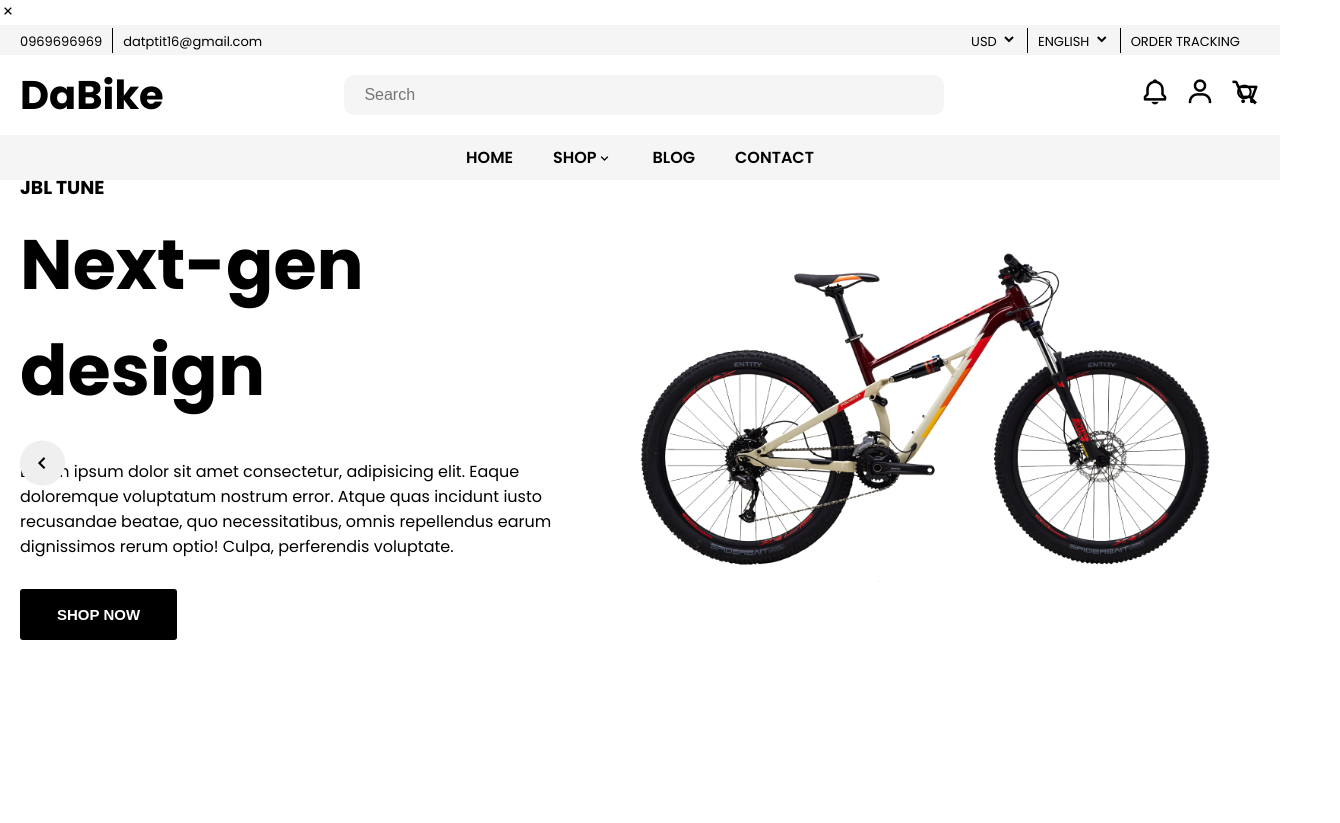
Repository: Datt21/DacMaxx
Page: index.html
These files come from the project's save history. The page is drawn as it stood at one moment and after the next save; the edit follows.
The browser window is 1280 px wide. The page is 1295 px wide, then 1340 px, so the pictures cover 1340 px, including what lies to the right of the window. The pictures show the whole page.

Above is the page before, as saved 2021-07-07 01:20:20.

### index.html
<!DOCTYPE html>
<html lang="en">
<head>
    <meta charset="UTF-8">
    <meta http-equiv="X-UA-Compatible" content="IE=edge">
    <meta name="viewport" content="width=device-width, initial-scale=1.0">
    <title>DaBike</title>
    <!--======== FONTS =========-->
    <link rel="preconnect" href="https://fonts.gstatic.com">
    <link rel="stylesheet" href="https://fonts.googleapis.com/css2?family=Poppins:ital,wght@0,100;0,200;0,300;0,400;0,500;0,600;0,700;0,800;0,900;1,100;1,200;1,300;1,400;1,500;1,600;1,700;1,900&display=swap">

    <!--========= ICONS =========-->
    <link rel="stylesheet" href="./boxicons-2.0.7/css/boxicons.min.css">
    <link href='https://unpkg.com/boxicons@2.0.7/css/boxicons.min.css' rel='stylesheet'>

    <!--========= LINK CSS =========-->
    <link rel="stylesheet" href="./css/grid.css">
    <link rel="stylesheet" href="./css/app.css">
</head>
<body>

    <!--========= HEADER ===========-->
    <header>
        <!-- mobile menu -->
        <div class="mobile-menu bg-second">
            <a href="#" class="mb-logo">DaBike</a>

            <span class="mb-menu-toggle mb-menu-close" id="mb-menu-close">
                <i class='bx bx-menu'></i>
            </span>
        </div>
        <!-- end mobile menu -->
        <!-- main header -->
        <div class="header-wrapper" id="header-wrapper">
            <span class="mb-menu-toggle" id="mb-menu-toggle">
                <i class='bx bx-x'></i>
            </span>
            <!-- top header -->
            <div class="bg-second">
                <div class="top-header container">
                    <ul class="devided">
                        <li>
                            <a href="#">0969696969</a>
                        </li>
                        <li>
                            <a href="#">datptit16@gmail.com</a>
                        </li>
                    </ul>
                    <ul class="devided">
                        <li class="dropdown">
                            <a href="">USD</a>
                            <i class='bx bxs-chevron-down' ></i>
                            <ul class="dropdown-content">
                                <li><a href="">VND</a></li>
                                <li><a href="">JPY</a></li>
                                <li><a href="">EUR</a></li>
                            </ul>
                        </li>
                        <li class="dropdown">
                            <a href="">ENGLISH</a>
                            <i class='bx bxs-chevron-down' ></i>
                            <ul class="dropdown-content">
                                <li><a href="">VIETNAMESE</a></li>
                                <li><a href="">JAPANESE</a></li>
                                <li><a href="">FRENCH</a></li>
                                <li><a href="">SPANISH</a></li>
                            </ul>
                        </li>
                        <li><a href="#">ORDER TRACKING</a></li>
                    </ul>
                </div>
            </div>
            <!-- end top header -->
            <!-- mid header -->
            <div class="bg-main">
                <div class="mid-header container">
                    <a href="#" class="logo">DaBike</a>
                    <div class="search">
                        <input type="text" placeholder="Search">
                        <i class='bx bx-search-alt-2' ></i>
                    </div>
                    <ul class="user-menu">
                        <li><a href=""><i class='bx bx-bell' ></i> </a></li>
                        <li><a href=""><i class='bx bx-user' ></i> </a></li>
                        <li><a href=""><i class='bx bx-cart' ></i> </a></li>
                    </ul>
                </div>
            </div>
            <!-- end mid header -->
            <!-- bottom header -->
            <div class="bg-second">
                <div class="bottom-header container">
                    <ul class="main-menu">
                        <li><a href="">Home</a></li>
                        <!-- mega menu -->
                        <li class="mega-dropdown">
                            <a href="./products.html">Shop <i class='bx bx-chevron-down'></i></a>
                            <div class="mega-content">
                                <div class="row">
                                    <div class="col-3">
                                        <div class="box">
                                            <h3>categories</h3>
                                            <ul>
                                                <li><a href="">Doanhnhan</a></li>
                                                <li><a href="">Diahinh</a></li>
                                                <li><a href="">Thethao</a></li>
                                                <li><a href="">Sinhvien</a></li>
                                            </ul>
                                        </div>
                                    </div>
                                    <div class="col-3">
                                        <div class="box">
                                            <h3>categories</h3>
                                            <ul>
                                                <li><a href="">Doanhnhan</a></li>
                                                <li><a href="">Diahinh</a></li>
                                                <li><a href="">Thethao</a></li>
                                                <li><a href="">Sinhvien</a></li>
                                            </ul>
                                        </div>
                                    </div>
                                    <div class="col-3">
                                        <div class="box">
                                            <h3>categories</h3>
                                            <ul>
                                                <li><a href="">Doanhnhan</a></li>
                                                <li><a href="">Diahinh</a></li>
                                                <li><a href="">Thethao</a></li>
                                                <li><a href="">Sinhvien</a></li>
                                            </ul>
                                        </div>
                                    </div>
                                    <div class="col-3">
                                        <div class="box">
                                            <h3>categories</h3>
                                            <ul>
                                                <li><a href="">Doanhnhan</a></li>
                                                <li><a href="">Diahinh</a></li>
                                                <li><a href="">Thethao</a></li>
                                                <li><a href="">Sinhvien</a></li>
                                            </ul>
                                        </div>
                                    </div>
                                </div>
                                <div class="row img-row">
                                    <div class="col-3">
                                        <div class="box">
                                            <img src="./images/531352.png" alt="">
                                        </div>
                                    </div>
                                    <div class="col-3">
                                        <div class="box">
                                            <img src="./images/6489548.png" alt="">
                                        </div>
                                    </div>
                                    <div class="col-3">
                                        <div class="box">
                                            <img src="./images/MTBROMO_N7_2022.png" alt="">
                                        </div>
                                    </div>
                                    <div class="col-3">
                                        <div class="box">
                                            <img src="./images/b1.png" alt="">
                                        </div>
                                    </div>
                                </div>
                            </div>
                        </li>
                        <!-- end mega menu -->
                        <li><a href="">Blog</a></li>
                        <li><a href="">Contact</a></li>
                    </ul>
                </div>
            </div>
            <!-- end bottom header -->
        </div>
        <!-- end main header -->
    </header>
    <!--========= END HEADER ===========-->
    <!--========= MAIN ================-->
    <div class="hero">
        <div class="slider">
            <div class="container">
                <!-- slide item -->
                <div class="slide active">
                    <div class="info">
                        <div class="info-content">
                            <h3 class="top-down">
                                JBL TUNE
                            </h3>

                            <h2 class="top-down trans-delay-0-2">
                                Next-gen design
                            </h2>

                            <p class="top-down trans-delay-0-4">
                                Lorem ipsum dolor sit amet consectetur, adipisicing elit. Eaque doloremque voluptatum nostrum error. Atque quas incidunt iusto recusandae beatae, quo necessitatibus, omnis repellendus earum dignissimos rerum optio! Culpa, perferendis voluptate.
                            </p>

                            <div class="top-down trans-delay-0-6">
                                <button class="btn-flat btn-hover">
                                    <span>shop now</span>
                                </button>
                            </div>
                        </div>
                    </div>
                    <div class="img top-down">
                        <img src="./images/531352.png" alt="">
                    </div>
                </div>
                <!-- end slide item -->
                <!-- slide item -->
                <div class="slide">
                    <div class="info">
                        <div class="info-content">
                            <h3 class="top-down">
                                JBL Quantum One
                            </h3>

                            <h2 class="top-down trans-delay-0-2">
                                Ipsum dolor sit
                            </h2>

                            <p class="top-down trans-delay-0-4">
                                Lorem ipsum dolor sit amet consectetur, adipisicing elit. Eaque doloremque voluptatum nostrum error. Atque quas incidunt iusto recusandae beatae, quo necessitatibus, omnis repellendus earum dignissimos rerum optio! Culpa, perferendis voluptate.
                            </p>

                            <div class="top-down trans-delay-0-6">
                                <button class="btn-flat btn-hover">
                                    <span>shop now</span>
                                </button>
                            </div>
                        </div>
                    </div>
                    <div class="img right-left">
                        <img src="./images/6489548.png" alt="">
                    </div>
                </div>
                <!-- end slide item -->
                <!-- slide item -->
                <div class="slide">
                    <div class="info">
                        <div class="info-content">
                            <h3 class="top-down">
                                JBL JR 310BT
                            </h3>

                            <h2 class="top-down trans-delay-0-2">
                                Amet Consec
                            </h2>

                            <p class="top-down trans-delay-0-4">
                                Lorem ipsum dolor sit amet consectetur, adipisicing elit. Eaque doloremque voluptatum nostrum error. Atque quas incidunt iusto recusandae beatae, quo necessitatibus, omnis repellendus earum dignissimos rerum optio! Culpa, perferendis voluptate.
                            </p>

                            <div class="top-down trans-delay-0-6">
                                <button class="btn-flat btn-hover">
                                    <span>shop now</span>
                                </button>
                            </div>
                        </div>
                    </div>
                    <div class="img left-right">
                        <img src="./images/b1.png" alt="">
                    </div>
                </div>
                <!-- end slide item -->
            </div>
            <!-- slider controller -->
            <button class="slide-controll slide-next">
                <i class='bx bx-chevron-right'></i>
            </button>
            <button class="slide-controll slide-prev">
                <i class='bx bx-chevron-left'></i>
            </button>
            <!-- end slider controller -->
        </div>
    </div>

    <!--========= END MAIN ================-->

     <!--========= JS ==============-->
    <script src="./js/app.js"></script>
    <script src="./js/index.js"></script>
</body>
</html>

### css/grid.css
.row {
    display: flex;
    flex-wrap: wrap;
    margin: 0 -15px;
}

.row-revere{
    flex-direction: row-reverse;
}

[class*="col-"]{
    padding: 0 15px;
    margin-bottom: 20px;
}

.col-1 {
    width: 8.33%;
}
.col-2 {
    width: 16.66%;
}
.col-3 {
    width: 25%;
}
.col-4 {
    width: 33.33%;
}
.col-5 {
    width: 41.66%;
}
.col-6 {
    width: 50%;
}
.col-7 {
    width: 58.33%;
}
.col-8 {
    width: 66.66%;
}
.col-9 {
    width: 75%;
}
.col-10 {
    width: 83.33%;
}
.col-11 {
    width: 91.66%;
}
.col-12 {
    width: 100%;
}

/* medium screen */
@media only screen and (max-width: 1280px) {
    .col-md-1 {
        width: 8.33%;
    }
    .col-md-2 {
        width: 16.66%;
    }
    .col-md-3 {
        width: 25%;
    }
    .col-md-4 {
        width: 33.33%;
    }
    .col-md-5 {
        width: 41.66%;
    }
    .col-md-6 {
        width: 50%;
    }
    .col-md-7 {
        width: 58.33%;
    }
    .col-md-8 {
        width: 66.66%;
    }
    .col-md-9 {
        width: 75%;
    }
    .col-md-10 {
        width: 83.33%;
    }
    .col-md-11 {
        width: 91.66%;
    }
    .col-md-12 {
        width: 100%;
    }
}

@media only screen and (max-width: 750px) {
    .col-sm-1 {
        width: 8.33%;
    }
    .col-sm-2 {
        width: 16.66%;
    }
    .col-sm-3 {
        width: 25%;
    }
    .col-sm-4 {
        width: 33.33%;
    }
    .col-sm-5 {
        width: 41.66%;
    }
    .col-sm-6 {
        width: 50%;
    }
    .col-sm-7 {
        width: 58.33%;
    }
    .col-sm-8 {
        width: 66.66%;
    }
    .col-sm-9 {
        width: 75%;
    }
    .col-sm-10 {
        width: 83.33%;
    }
    .col-sm-11 {
        width: 91.66%;
    }
    .col-sm-12 {
        width: 100%;
}

### css/app.css
:root {
    --main-bg-color:#fff;
    --second-bg-color:#f5f5f5;
    --third-bg-color:#e3e3e3;
    --grey: #4b4b4b;
    --black: #000;
    --red: #c0392b;
    --top-header-size: 30px;
    --mid-header-size: 80px;
    --bottom-header-size: 45px;
    --btn-bg: #000;
    --btn-border-color: #000;
    --btn-color: #fff;

}

*{
    padding: 0;
    margin: 0;
    box-sizing: border-box;
    -webkit-tap-highlight-color: transparent;
}

body{
    font-family: "Poppins", sans-serif;
    overflow-x: hidden;
    position: relative;
    background-color: var(--main-bg-color);
}

button{
    cursor: pointer;
}

a{
    display: inline-block;
    text-decoration: none;
    color: unset;
}

li{
    list-style-type: none;
}

img{
    max-width: 100%;
}

.container{
    max-width: 1366px;
    margin: auto;
    padding: 0 20px;
    position: relative;
}

.bg-second{
    background-color: var(--second-bg-color);
}

.bg-main{
    background-color: var(--main-bg-color);
}

.text-red{
    color: var(--red);
}

.mobile-menu{
    align-items: center;
    justify-content: space-between;
    padding: 10px 30px;
    display: none;
}
.mb-menu-close{
    display: none;
}

.top-header{
    height: 30px;
    display: flex;
    justify-content: space-between;
    align-items: center;
}

.top-header ul{
    display: flex;
}

.top-header a{
    font-size: 13px;
}

ul.devided > li{
    margin-right: 10px;
    padding-right: 10px;
    border-right: 1px solid;
}

ul.devided > li:last-child{
    border-right: none;
}

/* dropdown */
.dropdown{
    position: relative;
}

.dropdown:hover .dropdown-content{
    top: 100%;
    opacity: 1;
    visibility: visible;
}

.dropdown-content{
    display: flex;
    opacity: 0;
    visibility: hidden;
    position: absolute;
    top: calc(100% + 10px);
    background-color: #fff;
    flex-direction: column;
    box-shadow: rgba(100, 100, 111, 0.2) 0px 7px 29px 0;
    transition: all .4s cubic-bezier(0.77, 0, 0.175, 1);
    z-index: 2;
}
.dropdown-content > li > a{
    padding: 10px;
}

.dropdown-content > li:hover > a {
    color: var(--red);
}
/* end dropdown */

.mid-header{
    display: flex;
    align-items: center;
    justify-content: space-between;
    height: 80px;
    background-color: var(--main-bg-color);
}

.logo{
    font-size: 40px;
    font-weight: 700;
}

.mb-logo{
    font-size: 25px;
    font-weight: 700;
}

.search{
    width: 600px;
    height: 40px;
}

.search input{
    height: 100%;
    width: 100%;
    font-size: 16px;
    outline: 0;
    padding: 0 20px;
    border-radius: 10px;
    border: 0;
    background-color: var(--second-bg-color);
}

.search i{
    position: absolute;
    top: 50%;
    transform: translateY(-50%);
    font-size: 25px;
    right: 20px;
    cursor: pointer;
}

.user-menu{
    display: flex;
}

.user-menu > li > a{
    font-size: 30px;
    margin-left: 15px;
}

.bottom-header{
    display: flex;
    justify-content: space-between;
    align-items: center;
}

.main-menu{
    display: flex;
    height: var(--bottom-header-size);
    margin: auto;
}

.main-menu > li > a {
    display: flex;
    align-items: center;
    margin: 0 20px;
    font-weight: 600;
    height: 100%;
    text-transform: uppercase;
}


.main-menu > li {
    border-bottom: 2px solid transparent;
    border-top: 2px solid transparent;
}

.main-menu > li:hover{
    border-bottom: 2px solid var(--black);
}

/* mega menu */
.mega-content{
    opacity: 0;
    visibility: hidden;
    position: absolute;
    left: 0;
    background-color: var(--main-bg-color);
    width: 100%;
    top: calc(100% + 100px);
    z-index: 2;
    box-shadow: rgba(100, 100, 111, 0.2) 0px 7px 29px 0;
    transition: all 0.4s cubic-bezier(0.77, 0, 0.175, 1);
}


.mega-dropdown:hover .mega-content {
    opacity: 1;
    visibility: visible;
    top: 100%;
}

.mega-content h3{
    margin: 20px 0;
    padding-left: 20px;
}

.mega-content ul{
    display: flex;
    flex-direction: column;
}

.mega-content ul > li > a{
    font-weight: normal;
    border-bottom: 2px dashed #f5f5f5;
    transition: padding-left 0.2s ease-in-out;
    padding: 10px 20px;
}

.mega-content ul > li > a:hover{
    padding-left: 10px;
}
/* end mega menu */
.box{
    padding: 20px;
}

/* Main */
.hero{
   height: calc(
       100vh - (
           var(--top-header-size) + var(--mid-header-size) +
              var(--bottom-header-size)
       )
       );
       padding: 0 20px;
}

.slider,
.slider .container{
    height: 100%;
    position: relative;
}

/* .slide{
    position: absolute;
    height: 100%;
    inset: 0;
    overflow: hidden; */
    /* visibility: hidden;
    /* display: flex; */
/* }  */

/* .slide.active{
    visibility: visible;
} */

/* .slide .info{
    width: 40%;
    display: flex;
    flex-direction: column;
    height: 10%;
} */

.slide{
    display: flex;
    height: 100%;
    inset: 0;
    overflow: hidden;
    visibility: hidden;
    position: absolute;
    /* max-width: max-content; */

}

.slide.active{
    visibility: visible;
}

.slide .info{
    width: 50%;
    display: flex;
    flex-direction: column;
    height: 80%;
    justify-content: center;
}


.info-content h2{
    font-size: 70px;
    margin: 10px 0 35px;
}

.info-content button {
    margin-top: 30px;
}

.slide .img{
    width: 50%;
    display: flex;
    justify-content: center;
    align-items: center;
    margin-left:  50px;
    margin-right: 50px;
    height: 80%;;
}

.btn-flat{
    display: inline-block;
    border: 2px solid var(--btn-border-color);
    background-color: var(--btn-bg);
    color: var(--btn-color);
    padding: 15px 35px;
    font-size: 15px;
    outline: 0;
    font-weight: 600;
    text-transform: uppercase;
    border-radius: 3px;
    /* transition: 0.3s; */
}
.btn-hover{
    transition: all 0.3s ease-in-out;
}
.btn-hover:hover{
    background-color: var(--second-bg-color);
    color: var(--btn-bg);
}
.slide-controll{
    position: absolute;
    top: 50%;
    transform: translateY(-50%);
    outline: 0;
    border: 0;
    border-radius: 50%;
    font-size: 25px;
    display: flex;
    align-items: center;
    padding: 10px;
    transition: all 0.3s cubic-bezier(0.77, 0, 0.175, 1);
}

.slide-controll:hover{
    background-color: var(--btn-bg);
    color: var(--btn-color);
}

.slider-next{
    right: -80px;
}

.slider-prev{
    left: -80px;
}

.slider:hover .slider-next{
    right: 50px;
}

.slider:hover .slider-prev{
    left: 50px;
}

### js/index.js
let slide_index = 0
let slide_play = true
let slides = document.querySelectorAll('.slide')

hideAllSlide = () => {
    slides.forEach(e => {
        e.classList.remove('active')
    })
}

showSlide = () => {
    hideAllSlide()
    slides[slide_index].classList.add('active')
}

nextSlide = () => slide_index = slide_index + 1 === slides.length ? 0 : slide_index + 1

prevSlide = () => slide_index = slide_index - 1 < 0 ? slides.length - 1 : slide_index - 1

// pause slide when hover slider

document.querySelector('.slider').addEventListener('mouseover', () => slide_play = false)

// enable slide when mouse leave out slider
document.querySelector('.slider').addEventListener('mouseleave', () => slide_play = true)

// slider controll

document.querySelector('.slide-next').addEventListener('click', () => {
    nextSlide()
    showSlide()
})

document.querySelector('.slide-prev').addEventListener('click', () => {
    prevSlide()
    showSlide()
})

showSlide();

// setInterval(() => {
//     if(!slide_play) return
//         nextSlide()
//         showSlide()
// },2000);

Loaded but not shown: boxicons-2.0.7/css/boxicons.min.css (library); js/app.js (no copy from this time; the picture is the same without it)

After the next save:
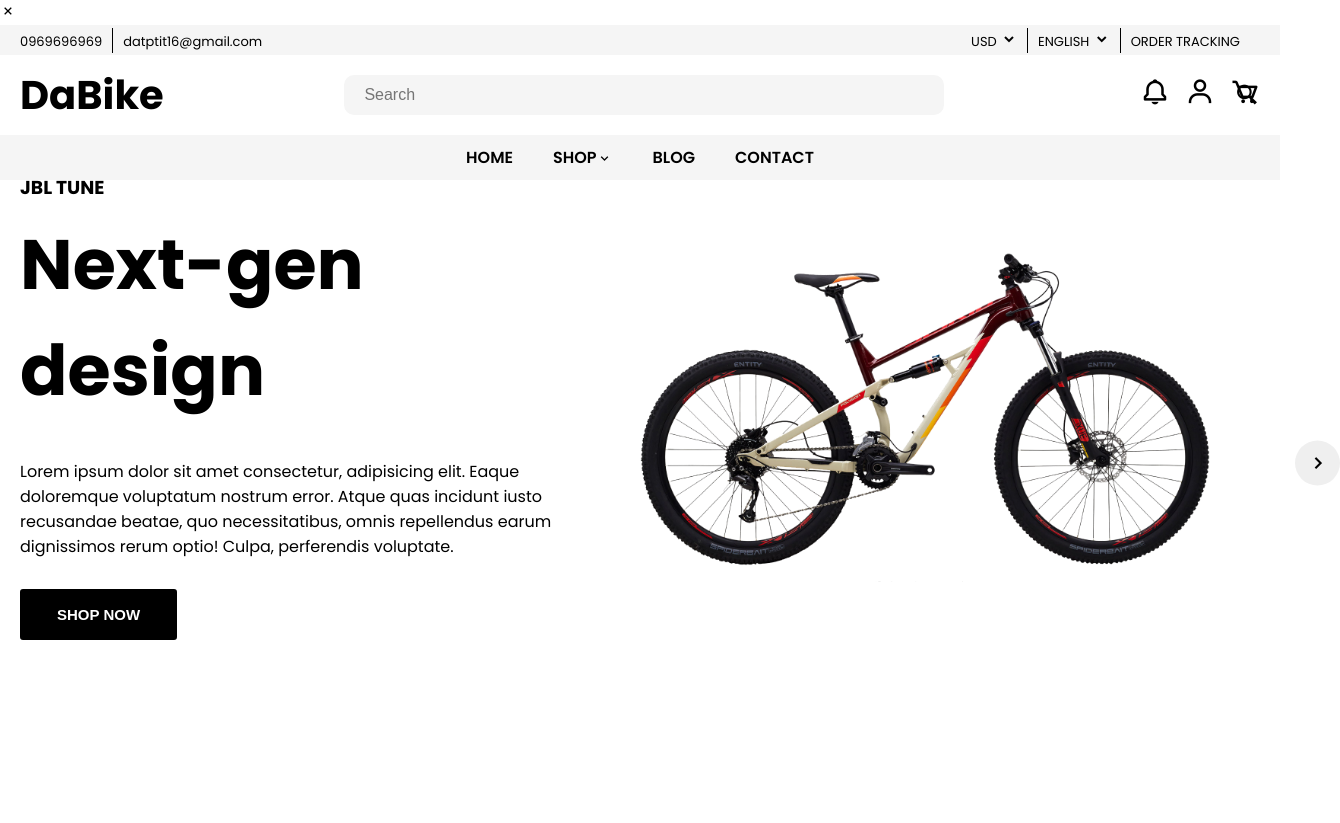
Saved 43 s later.
--- a/css/app.css
+++ b/css/app.css
@@ -380,18 +380,18 @@ ul.devided > li:last-child{
     color: var(--btn-color);
 }
 
-.slider-next{
+.slide-next{
     right: -80px;
 }
 
-.slider-prev{
+.slide-prev{
     left: -80px;
 }
 
-.slider:hover .slider-next{
+.slider:hover .slide-next{
     right: 50px;
 }
 
-.slider:hover .slider-prev{
+.slider:hover .slide-prev{
     left: 50px;
 }
